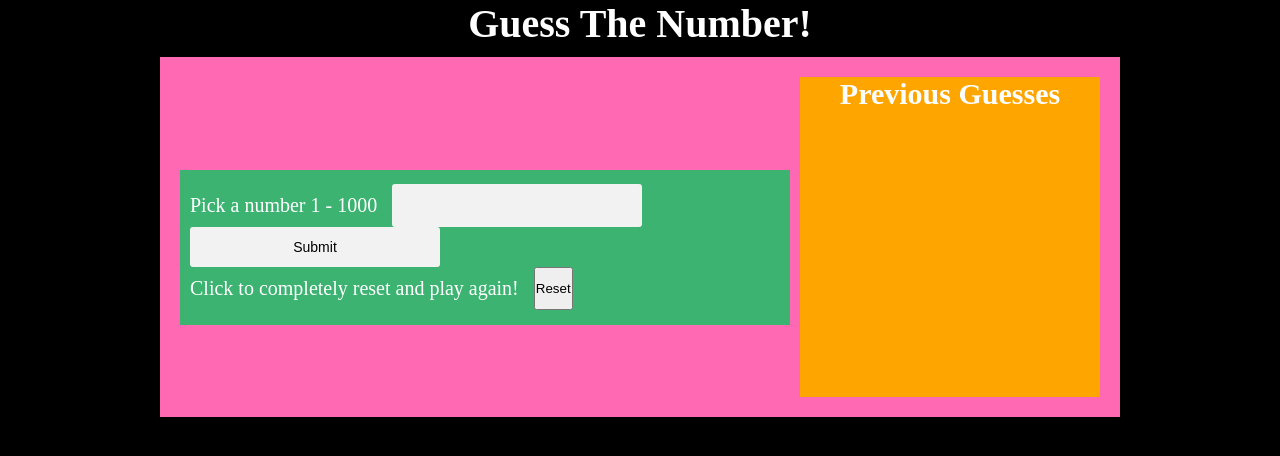
Repository: mlmEFSC21/P14-Guessing-Game
Page: guess.html
The author's editor kept a copy of each file at every save. The page is drawn from the files as they stood at one save, then again after the next save.
The browser window is 1280 px wide. The pictures show the whole page.

Above is the page before, as saved 2022-03-19 13:51:26.

After the next save:
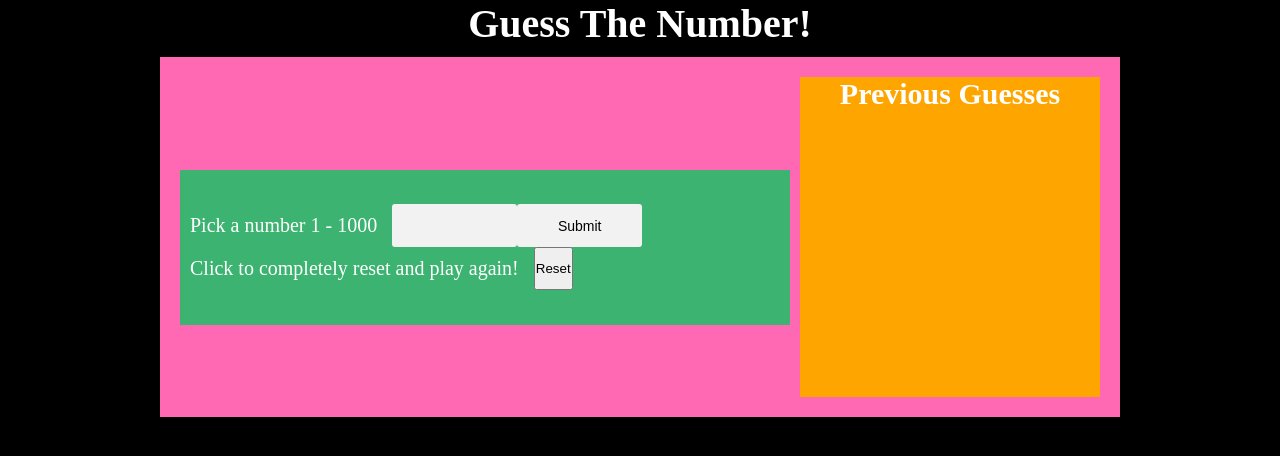
Saved 21 s later.
--- a/guess.css
+++ b/guess.css
@@ -56,7 +56,7 @@ input {
     background: #f2f2f2;
     padding: 12px;
     border-radius: 3px;
-    width: 250px;
+    width: 125px;
     outline: none;
     font-size: 14px;
 }
